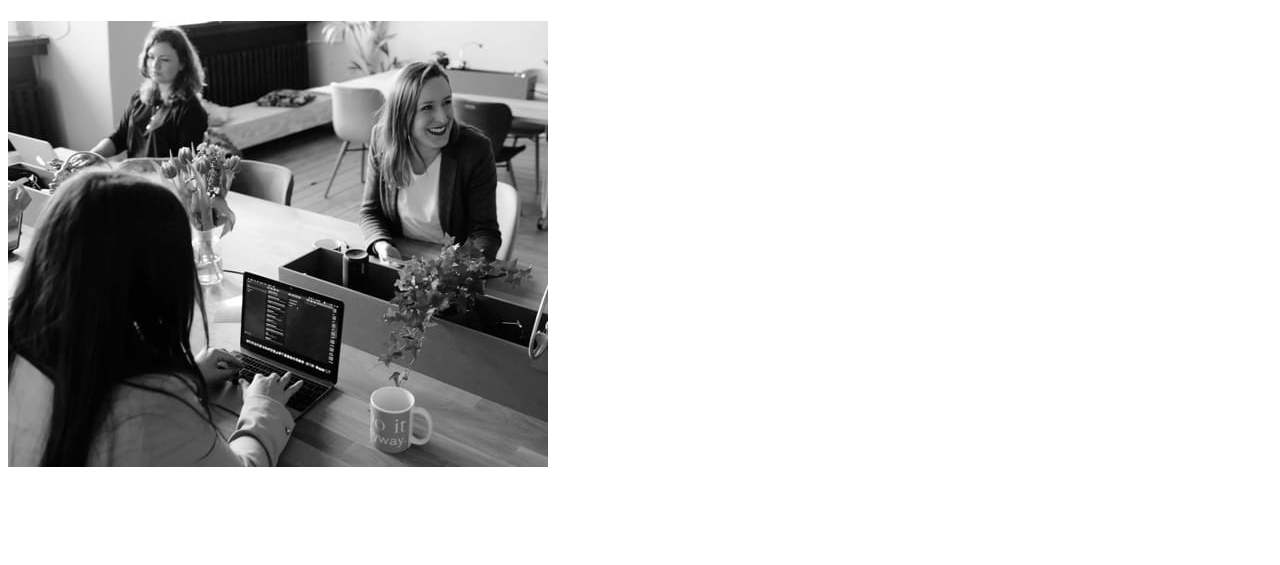
Repository: caique2512/componentes-de-estatisticas
Page: index.html
An editor plug-in stored every save of this project. The page is shown before and after a run of saves, followed by the edit.
The browser window is 1280 px wide. The pictures show the whole page.

Above is the page before, as saved 2026-03-03 16:42:15.

### index.html
<!DOCTYPE html>
<html lang="pt-br">
<head>
    <meta charset="UTF-8">
    <meta name="viewport" content="width=device-width, initial-scale=1.0">
    <title>Estatisticas</title>
</head>
<body>
    <main class="conteudo">
        <div class="conteudo-principal">
            <h1></h1>
        </div>
        <picture class="img">
            <img src="./images/image-header-desktop.jpg" alt="Mulheres no escritório">
        </picture>
    </main>
</body>
</html>

After the next 3 saves:
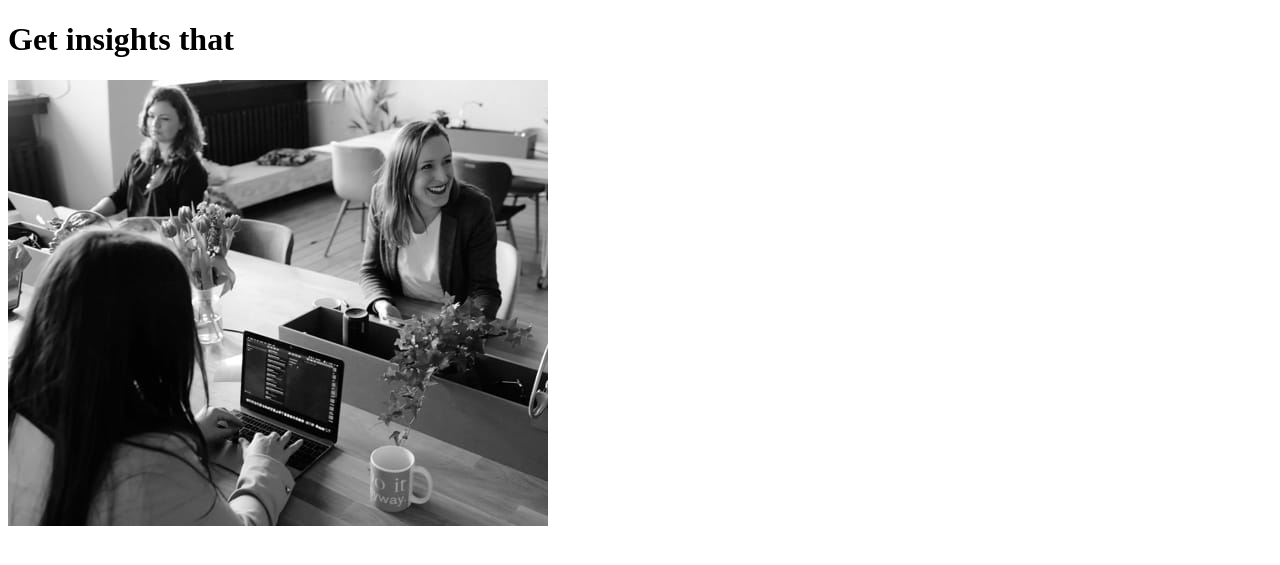
The 3 saves are shown as one change because they came seconds apart.
The last was saved 27 s later.
--- a/index.html
+++ b/index.html
@@ -8,7 +8,7 @@
 <body>
     <main class="conteudo">
         <div class="conteudo-principal">
-            <h1></h1>
+            <h1>Get insights that</h1>
         </div>
         <picture class="img">
             <img src="./images/image-header-desktop.jpg" alt="Mulheres no escritório">
